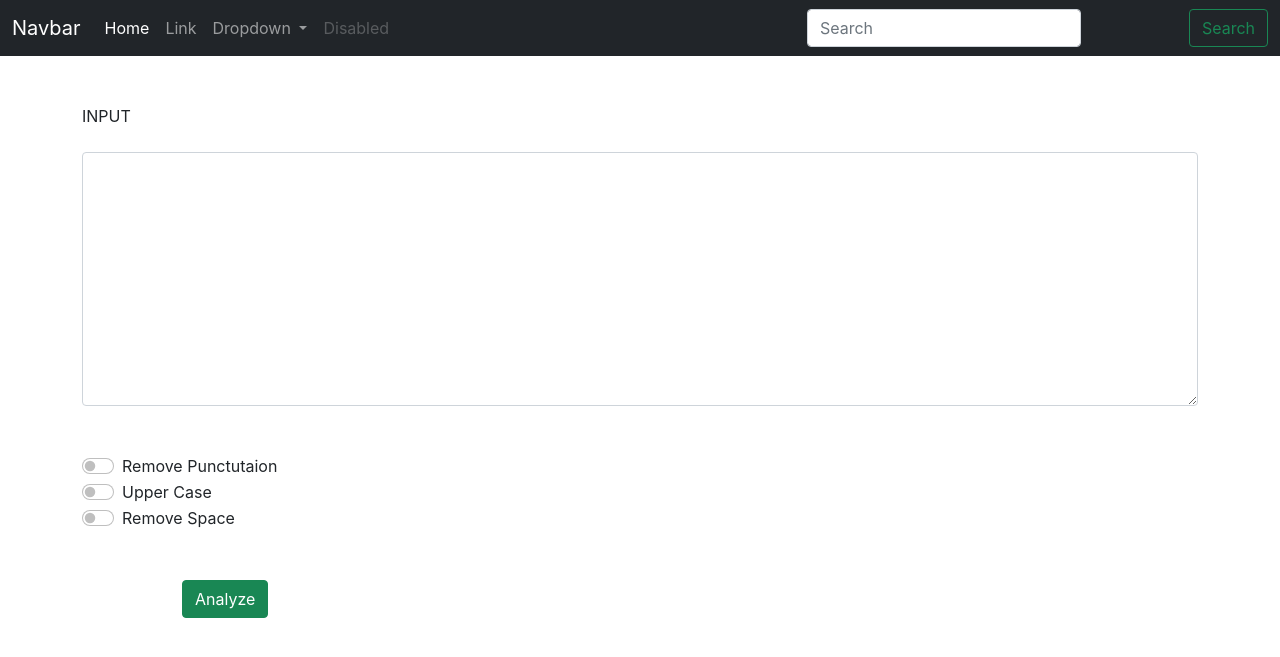
Repository: thenameisshreyank/Textutility
Page: http://localhost/
These files come from the project's save history. The page is drawn as it stood at one moment and after the next save; the edit follows.
The browser window is 1280 px wide. The pictures show the whole page.
The page is served by the project's application, run on Django 4.2 (manage.py).

Above is the page before, as saved 2022-04-15 10:48:52.

After the next save:
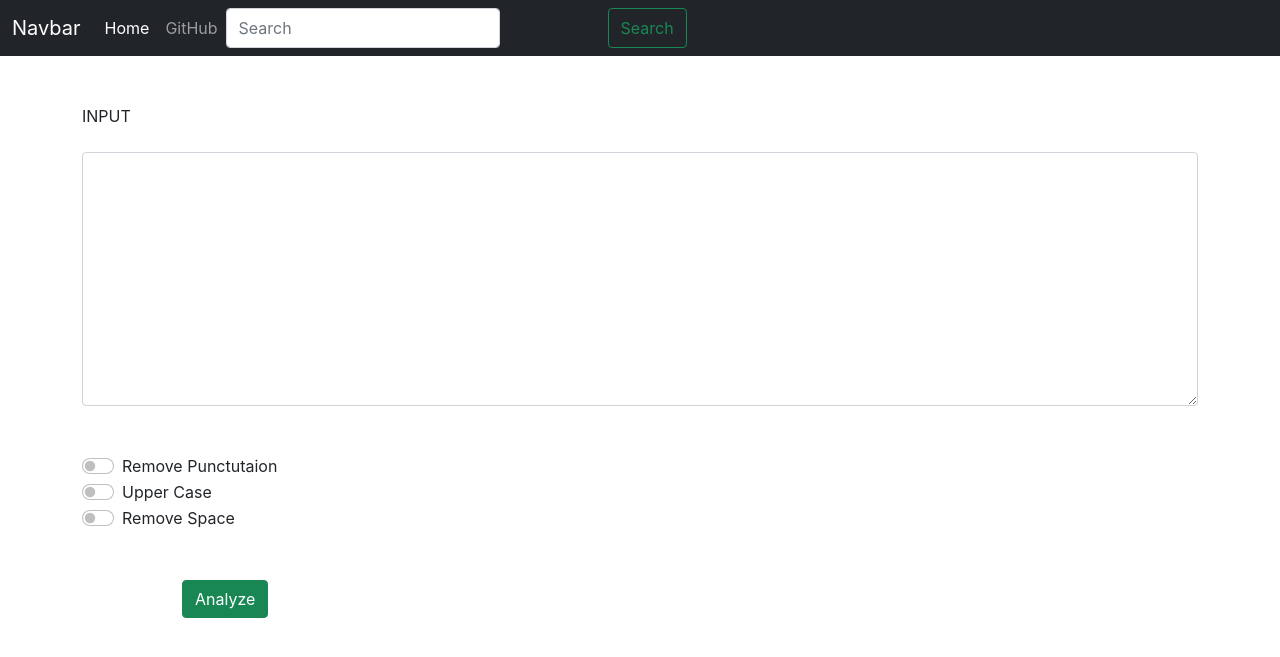
Saved 97 s later.
--- a/templates/index.html
+++ b/templates/index.html
@@ -38,26 +38,13 @@
           <div class="collapse navbar-collapse" id="navbarSupportedContent">
             <ul class="navbar-nav me-auto mb-2 mb-lg-0">
               <li class="nav-item">
-                <a class="nav-link active" aria-current="page" href="#">Home</a>
+                <a class="nav-link active" aria-current="page" href="http://127.0.0.1:8000/">Home</a>
               </li>
               <li class="nav-item">
-                <a class="nav-link" href="#">Link</a>
+                <a class="nav-link" href="https://github.com/thenameisshreyank">GitHub</a>
               </li>
-              <li class="nav-item dropdown">
-                <a class="nav-link dropdown-toggle" href="#" id="navbarDropdown" role="button" data-bs-toggle="dropdown" aria-expanded="false">
-                  Dropdown
-                </a>
-                <ul class="dropdown-menu" aria-labelledby="navbarDropdown">
-                  <li><a class="dropdown-item" href="#">Action</a></li>
-                  <li><a class="dropdown-item" href="#">Another action</a></li>
-                  <li><hr class="dropdown-divider"></li>
-                  <li><a class="dropdown-item" href="#">Something else here</a></li>
-                </ul>
-              </li>
-              <li class="nav-item">
-                <a class="nav-link disabled">Disabled</a>
-              </li>
-            </ul>
+
+
             <form class="d-flex">
               <input class="form-control me-2" type="search" placeholder="Search" aria-label="Search">
               <button class="btn btn-outline-success" type="submit">Search</button>
